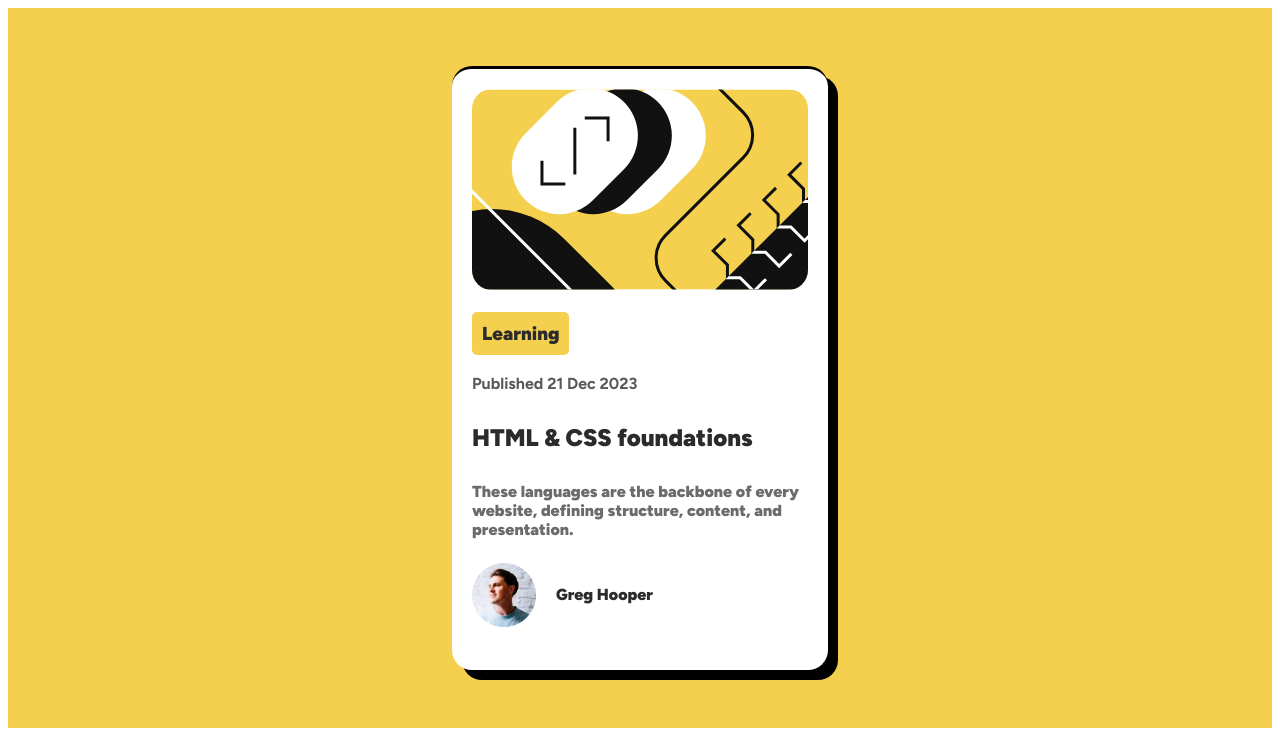
Repository: reemoon-ctrl/blog-preview-card
Page: index.html
The author's editor kept a copy of each file at every save. The page is drawn from the files as they stood at one save, then again after the next save.
The browser window is 1280 px wide. The pictures show the whole page.

Above is the page before, as saved 2024-07-19 15:31:11.

After the next save:
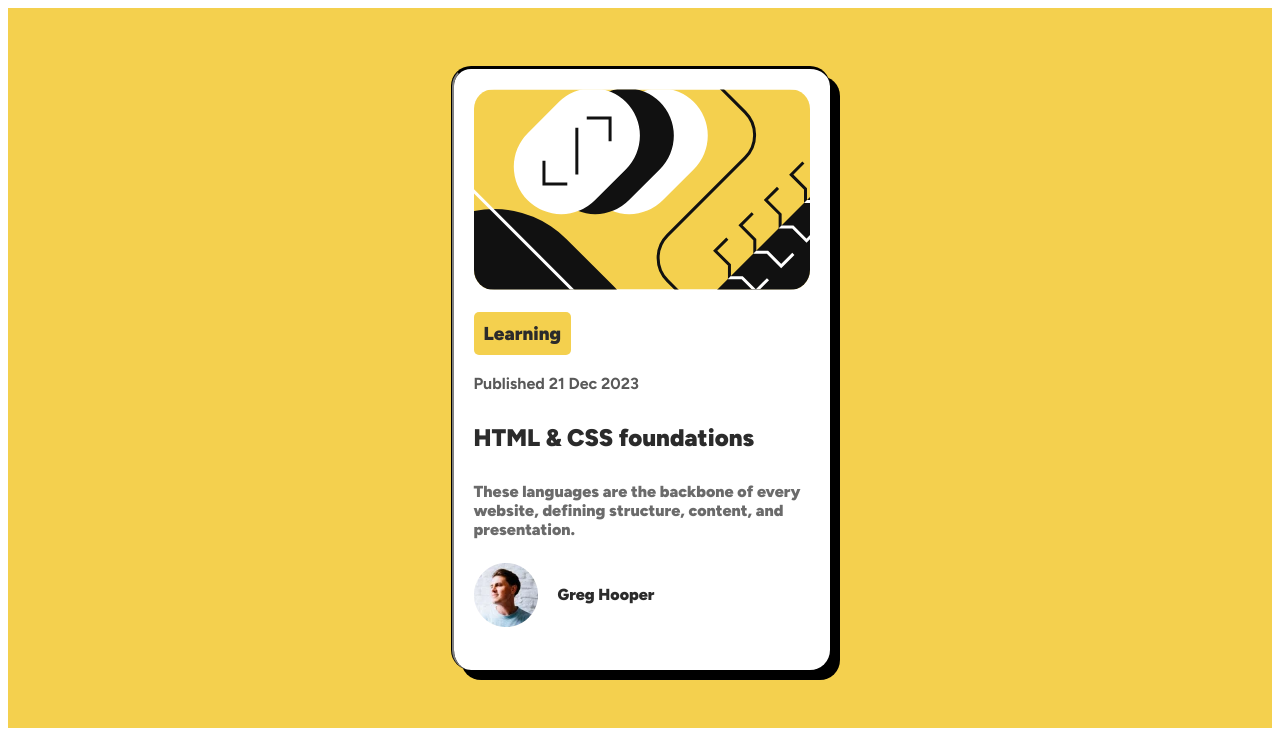
Saved 6 s later.
--- a/index.css
+++ b/index.css
@@ -11,7 +11,7 @@
 .blog-card{
     background-color: white;
     padding: 20px 20px 20px 20px;
-    border-left: border-left-style: groove;
+    border-left-style: groove;
     border-left-color: hsl(0, 0%, 17%);
     border-top:solid ;
     border-radius: 20px;
